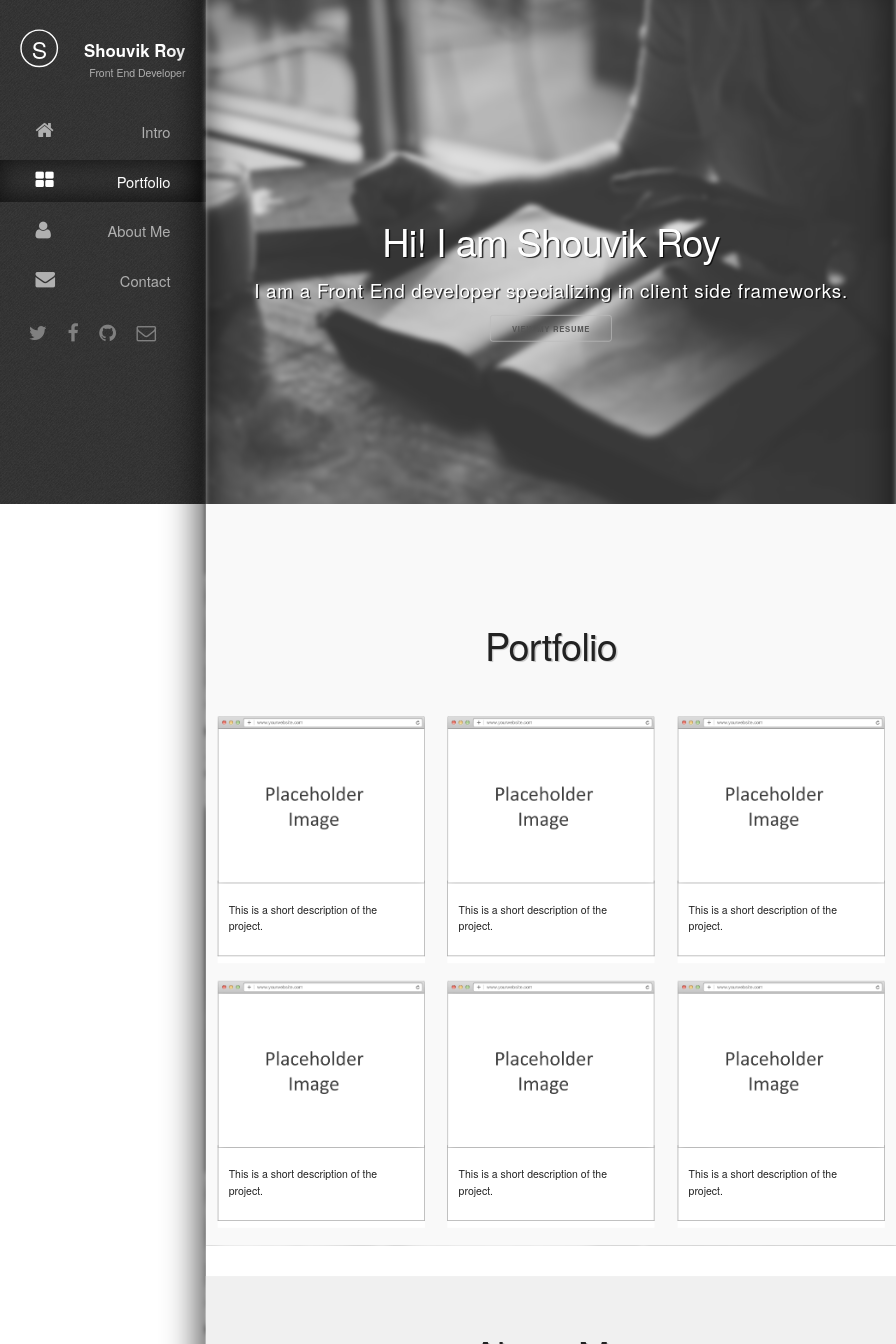
Repository: royshouvik/portfolio
Page: index.html
The author's editor kept a record of every edit. The page is drawn from the files as they stood at one moment, then again after the next edit.
The browser window is 1280 px wide. The pictures show the part of the page from y = 0 to 1920 px (the page is 3370 px tall), at 70% of full size.
Backgrounds fixed to the window are drawn as part of the page.

Above is the page before.

After the next edit:
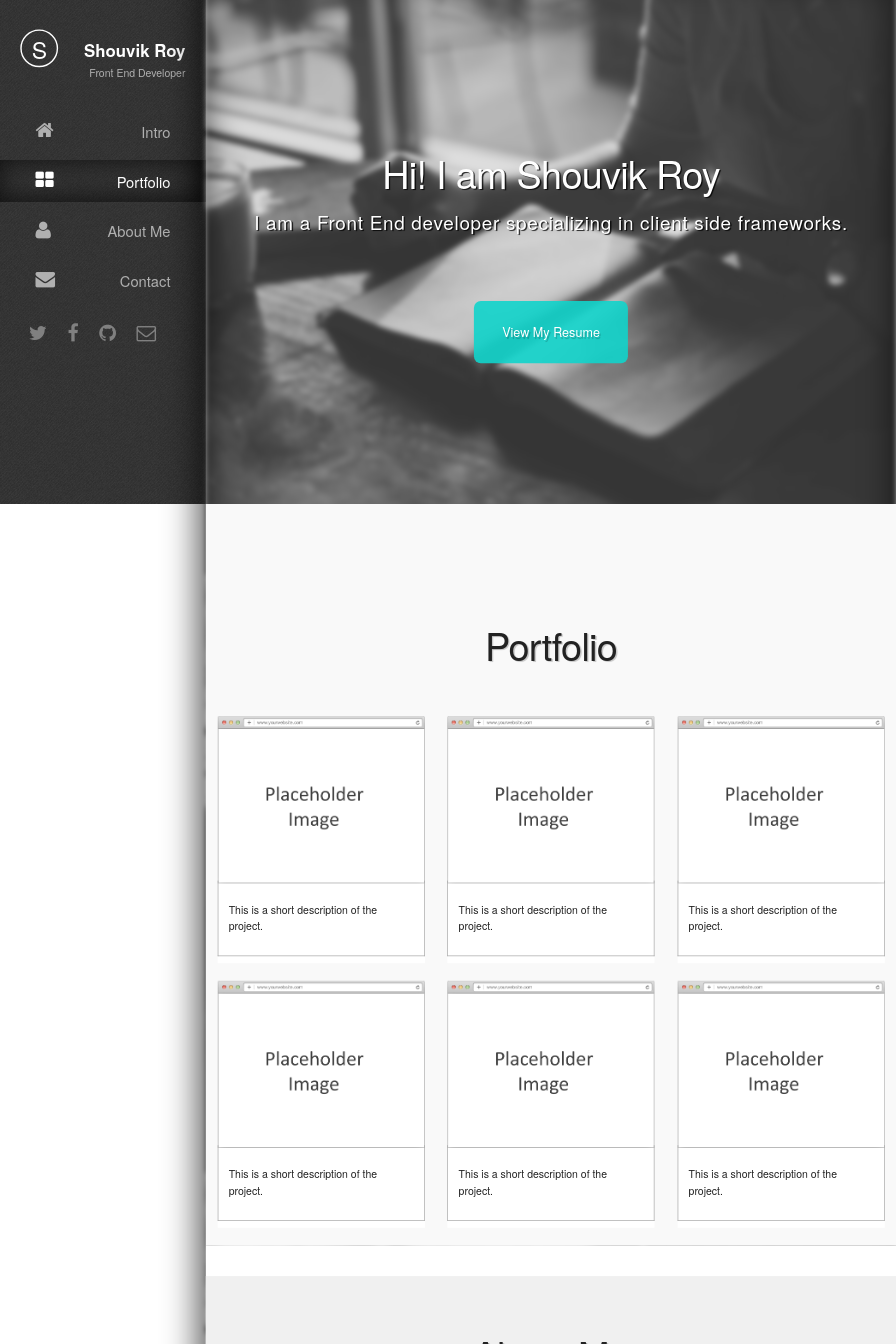
The edit:
--- a/index.html
+++ b/index.html
@@ -58,7 +58,7 @@
 	        <div class="intro">
 	        	<h1 class="shadow">Hi! I am Shouvik Roy</h1>
 	            <h2 class="shadow">I am a Front End developer specializing in client side frameworks.</h2>
-	            <a class="button" href="#">View My Resume</a>
+	            <a class="resume-button" href="#">View My Resume</a>
 	        </div>
         </section>
         <section class="portfolio section fp-auto-height">
